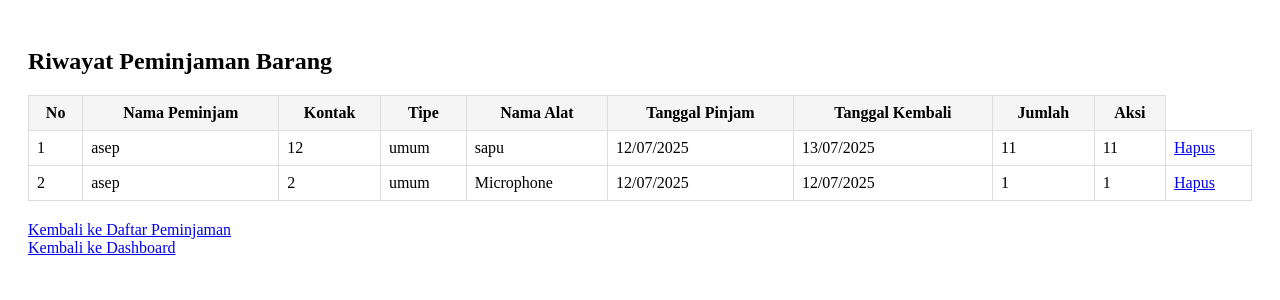
Repository: fatkquladhim/multimedia_app
Page: http://localhost/admin/peminjaman/riwayat-peminjaman-barang.php
An editor plug-in stored every save of this project. The page is shown before and after the next save, followed by the edit.
The browser window is 1280 px wide. The pictures show the whole page.
The page is run by PHP 8.4 with error messages shown; the project is at /var/www/html/. The session is filled in as if someone had signed in: {"user_id": 2, "username": "asep", "role": "admin"}. The database holds what the project's SQL file puts in it.

Above is the page before, as saved 2025-07-14 13:39:46.

After the next save:
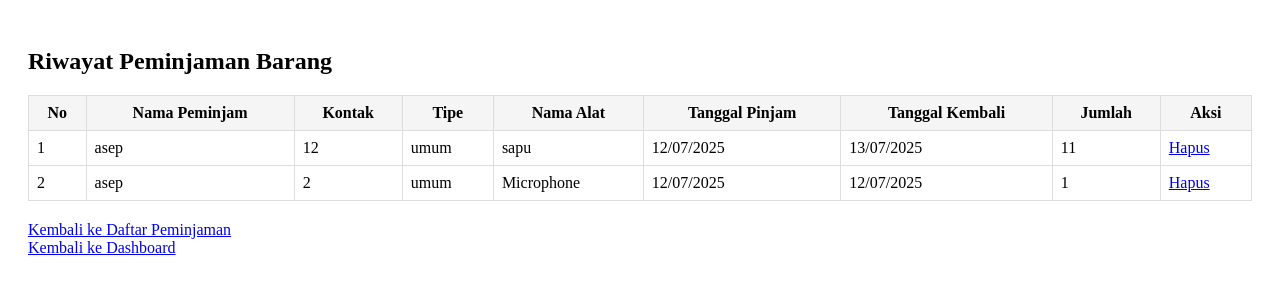
Saved 8 s later.
--- a/admin/peminjaman/riwayat-peminjaman-barang.php
+++ b/admin/peminjaman/riwayat-peminjaman-barang.php
@@ -80,7 +80,6 @@ $result = $conn->query($query);
                         <td><?php echo date('d/m/Y', strtotime($row['tanggal_pinjam'])); ?></td>
                         <td><?php echo $row['tanggal_kembali'] ? date('d/m/Y', strtotime($row['tanggal_kembali'])) : '-'; ?></td>
                         <td><?php echo $row['jumlah']; ?></td>
-                        <td><?php echo $row['jumlah']; ?></td>
                         <td>
                             <a href="riwayat-peminjaman-hapus.php?id=<?php echo $row['id']; ?>" onclick="return confirm('Yakin ingin menghapus riwayat ini?')">Hapus</a>
                         </td>
